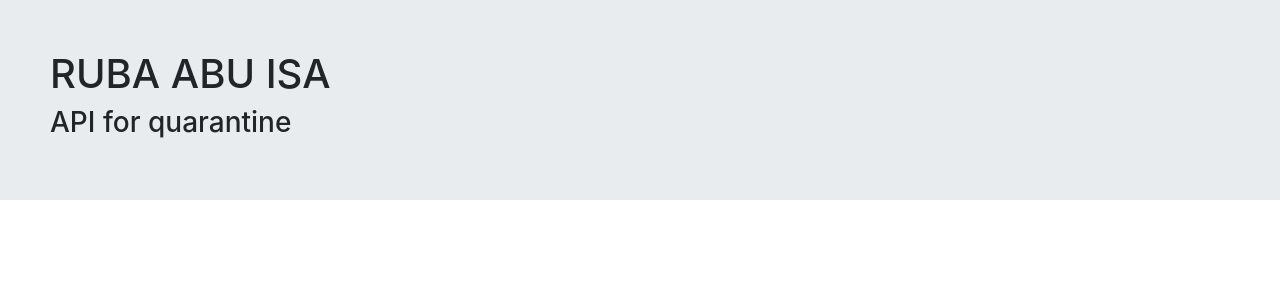
Repository: rubaabu/Fullstack-bitberry
Page: server/index.html
These files come from the project's save history. The page is drawn as it stood at one moment and after the next save; the edit follows.
The browser window is 1280 px wide. The pictures show the whole page.

Above is the page before, as saved 2020-04-02 15:46:42.

After the next save:
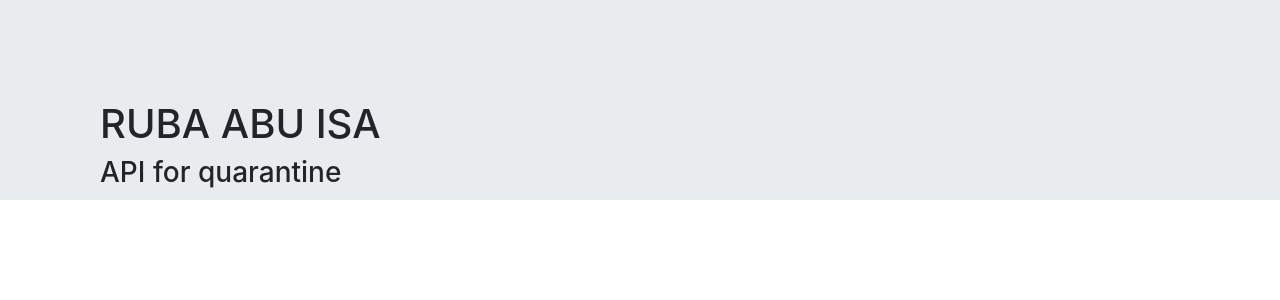
Saved 6 s later.
--- a/server/style.css
+++ b/server/style.css
@@ -1,5 +1,5 @@
 header {
     background-color: #E9ECEF;
     height: 200px;
-    padding: 50px;
+    padding: 100px;
 }
